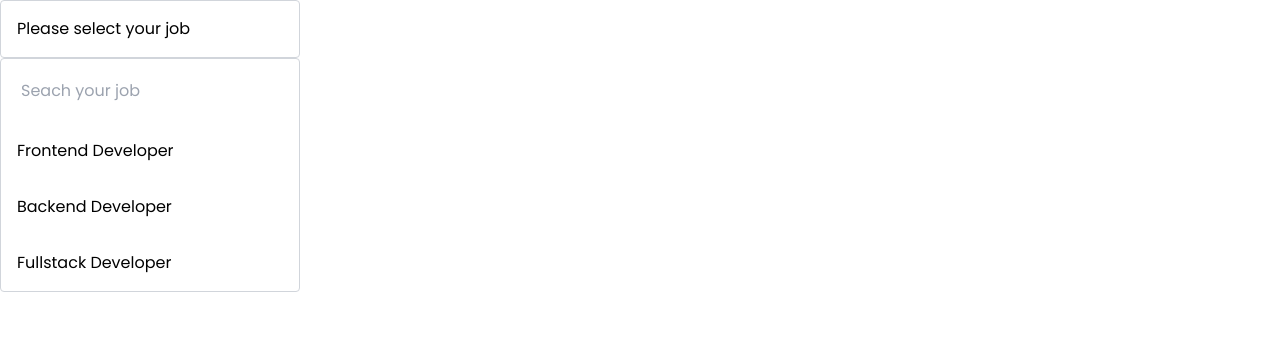
Repository: ThanhPhongsof/React-Course
Page: /, after clicking the first element matching `div.flex`
These files come from the project's save history. The page is drawn as it stood at one moment and after the next save; the edit follows.
The browser window is 1280 px wide. The pictures show the whole page.
The project was rebuilt for these pictures with package versions that can differ from the ones it lists, and the page was loaded fresh each time.

Above is the page before, as saved 2022-04-26 09:18:35.

### src/index.js
import React from "react";
import ReactDOM from "react-dom";
import App from "./App";
import reportWebVitals from "./reportWebVitals";
import "./index.scss";
import { BrowserRouter } from "react-router-dom";

// ReactDOM.render(
//   // <React.StrictMode>
//     <BrowserRouter>
//       <App />
//     </BrowserRouter>
//   // </React.StrictMode>,
//   document.getElementById("root")
// );

ReactDOM.render(
  <BrowserRouter>
    <App />
  </BrowserRouter>,
  document.getElementById("root")
);

// If you want to start measuring performance in your app, pass a function
// to log results (for example: reportWebVitals(console.log))
// or send to an analytics endpoint. Learn more: https://bit.ly/CRA-vitals
reportWebVitals();

### src/App.js
import React from "react";
import Dropdown from "./components/advanced-react/inversion-of-control/Dropdown";

const options = [
  {
    title: "Frontend Developer",
    onClick: () => {},
  },
  {
    title: "Backend Developer",
    onClick: () => {},
  },
  {
    title: "Fullstack Developer",
    onClick: () => {},
  },
];

const App = () => {
  return (
    <div>
      <Dropdown
        options={options}
        placeholder="Please select your job"
      ></Dropdown>
    </div>
  );
};

export default App;

### src/index.scss
@tailwind base;
@tailwind components;
@tailwind utilities;

@layer base {
  @import url("https://fonts.googleapis.com/css2?family=Poppins:wght@300;400;500;700&display=swap");
  body {
    font-family: "Poppins", sans-serif;
  }
}
.skeleton {
  background-color: #eee;
  background-image: linear-gradient(
    110deg,
    #ececec 8%,
    #f5f5f5 18%,
    #ececec 33%
  );
  background-size: 200% 100%;
  animation: 1.5s shine linear infinite;
}
@keyframes shine {
  to {
    background-position-x: -200%;
  }
}
.zoom-enter .content {
  opacity: 0;
  transform: scale(0.5);
}
.zoom-enter-active .content {
  opacity: 1;
  transform: scale(1);
}
.zoom-exit .content {
  opacity: 1;
}
.zoom-exit-active .content {
  opacity: 0;
  transform: scale(0.5);
}

// Fade

.fade-enter .tooltip {
  opacity: 0;
}
.fade-enter-active .tooltip {
  opacity: 1;
}
.fade-exit .tooltip {
  opacity: 1;
}
.fade-exit-active .tooltip {
  opacity: 0;
}

### src/components/advanced-react/inversion-of-control/Dropdown.js
import React, { useState } from "react";

const Dropdown = ({ options, placeholder = "Please select an option" }) => {
  const [show, setShow] = useState(false);
  const handleToggleDropdown = () => {
    setShow((show) => !show);
  };

  return (
    <div className="relative inline-block w-full max-w-[300px]">
      <div
        className="flex items-center justify-between p-4 border border-gray-300 rounded cursor-pointer placeholder"
        onClick={handleToggleDropdown}
      >
        {placeholder}
      </div>
      {show && (
        <div className="border border-gray-300 rounded options">
          <div className="p-1">
            <input
              type="text"
              placeholder="Seach your job"
              className="w-full p-4 border-gray-100 outline-none"
            />
          </div>
          {options &&
            options?.map((item) => (
              <div
                key={item.title}
                className="p-4 cursor-pointer option-item"
                onClick={item.onClick}
              >
                {item.title}
              </div>
            ))}
        </div>
      )}
    </div>
  );
};

export default Dropdown;

### tailwind.config.js
module.exports = {
  content: ["./src/**/*.{js,jsx,ts,tsx}"],
  theme: {
    extend: {
      backgroundImage: {
        "primary-gradient": `linear-gradient(
          86.88deg,
          #7d6aff 1.38%,
          #ffb86c 64.35%,
          #fc2872 119.91%
        )`,
        "secondary-gradient": `linear-gradient(86.88deg, #20e3b2, #2cccff)`,
      },
    },
  },
  plugins: [],
};

Loaded but not shown: public/index.html (common file); src/reportWebVitals.js (common file)

After the next save:
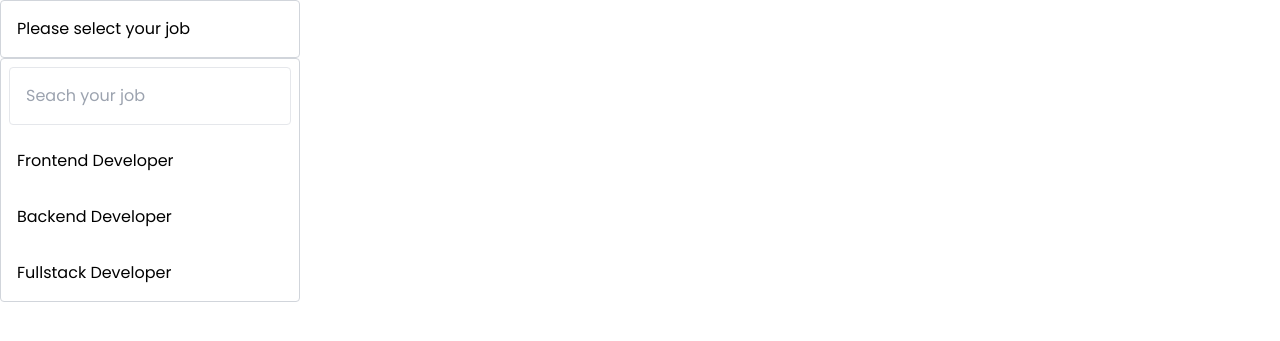
Saved 36 s later.
--- a/src/components/advanced-react/inversion-of-control/Dropdown.js
+++ b/src/components/advanced-react/inversion-of-control/Dropdown.js
@@ -16,11 +16,11 @@ const Dropdown = ({ options, placeholder = "Please select an option" }) => {
       </div>
       {show && (
         <div className="border border-gray-300 rounded options">
-          <div className="p-1">
+          <div className="p-2">
             <input
               type="text"
               placeholder="Seach your job"
-              className="w-full p-4 border-gray-100 outline-none"
+              className="w-full p-4 border border-gray-200 rounded outline-none"
             />
           </div>
           {options &&
